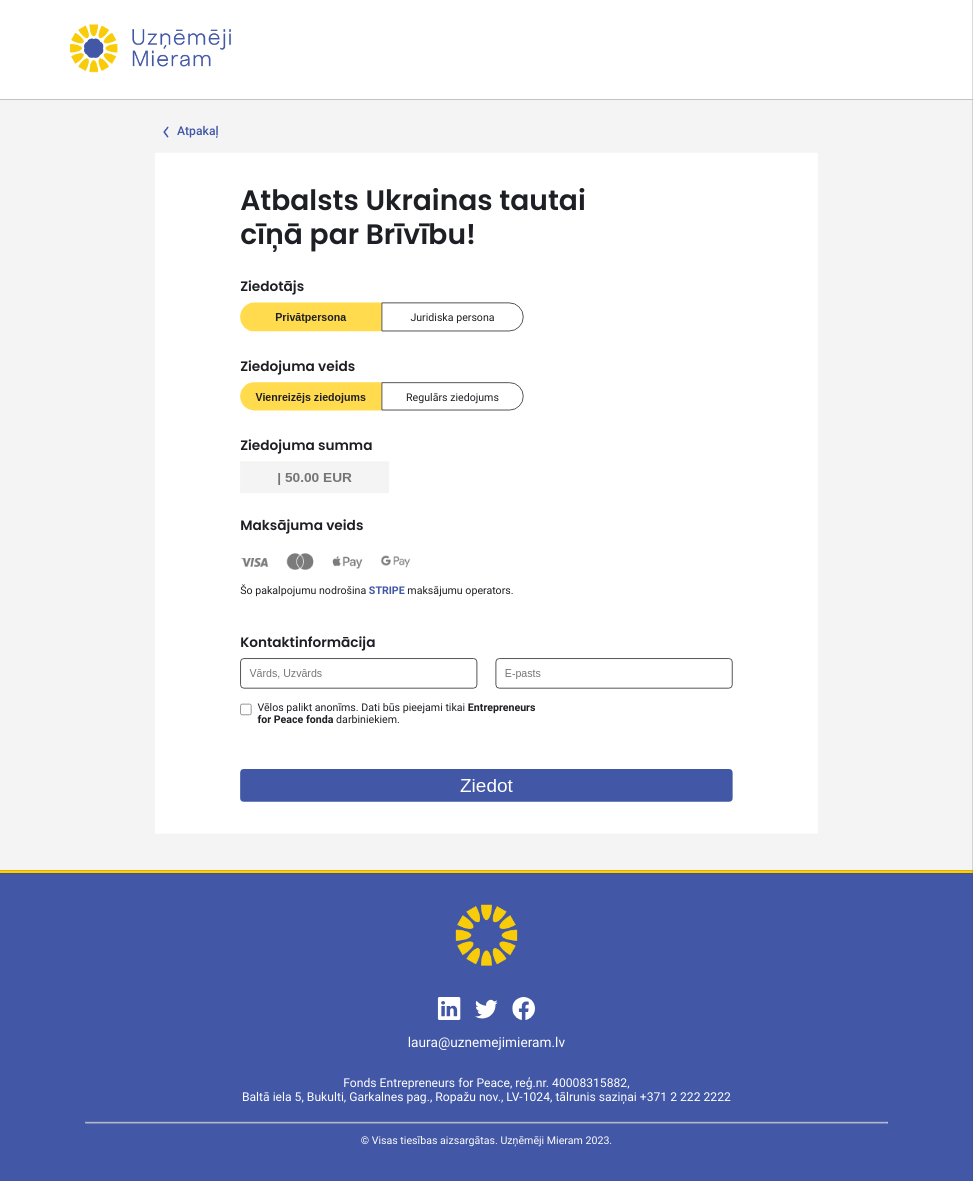
Repository: KatrinaPa/projekts_jul
Page: donate_Ukr-private-onetime.html
An editor plug-in stored every save of this project. The page is shown before and after the next save, followed by the edit.
The browser window is 1280 px wide. The pictures show the whole page, at 76% of full size.

Above is the page before, as saved 2023-07-31 11:29:05.
Console error: TypeError: Cannot read properties of null (reading 'addEventListener')

### donate_Ukr-private-onetime.html
<!DOCTYPE html>
<html lang="en">

<head>
    <meta charset="UTF-8">
    <meta http-equiv="X-UA-Compatible" content="IE=edge">
    <meta name="viewport" content="width=device-width, initial-scale=1.0">
    <title>Ukrainas tautai</title>
    <link href="https://fonts.googleapis.com/css2?family=Jost:wght@400;700&display=swap" rel="stylesheet" />
    <link rel="stylesheet" href="assets/main.css" />
    <link rel="stylesheet" href="assets/donate-page.css" />
    <link rel="stylesheet" href="assets/donate-page-private-onetime.css" />
    <link rel="stylesheet" href="https://cdnjs.cloudflare.com/ajax/libs/font-awesome/6.2.0/css/all.min.css" />
    <script src="assets/main.js" defer></script>
</head>

<body>
    <div class="panel">
        <header class="header">
            <div class="header-content">
                <nav class="navbar">
                    <a href="sakums.html" id="project-nav-home"><img src="assets/images/UM_logo.png"
                            alt="uznemejiMieram" id="logo"></a>
                    <a href="sakums.html" id="project-nav-home-mob"><img src="assets/images/UM_simbols.png"
                            alt="uznemejiMieram" id="logo-mob"></a>
                </nav>
            </div>
        </header>
        <section id="donate_wrapper" class="donate_section">
            <div class="section-content">
                <div class="donate-centred">
                    <div class="back-toProject"><a href="sakums.html">
                            <button class="back-btn">
                                <img src="assets/images/arrow_left.png" alt="left" id="arrow-left">
                            </button>
                            <div>
                                <div>Atpakaļ</div>
                            </div>
                        </a></div>
                    <div class="donate_page">
                        <h1>Atbalsts Ukrainas tautai<br>cīņā par Brīvību!</h1>
                        <div class="donation_type">
                            <h4>Ziedotājs</h4>
                            <div>
                                <button class="individual" id="individual-donate">Privātpersona</button>
                                <a href="donate_Ukr-legal-onetime.html" class="legal" id="legal-donate">Juridiska
                                    persona</a>
                            </div>
                            <h4>Ziedojuma veids</h4>
                            <div>
                                <button class="one-time" id="one-time-donate">Vienreizējs ziedojums</button>
                                <a href="donate_Ukr-private-regular.html" class="regular" id="regular-donate">Regulārs
                                    ziedojums</a>
                            </div>
                            <h4>Ziedojuma summa</h4>
                            <div>
                                <input class="enter-donation" type="text" placeholder="| 50.00 EUR" />
                            </div>
                            <h4>Maksājuma veids</h4>
                            <div class="payment_logo">
                                <img src="assets/images/Visa_logo.png" alt="Visa" id="visa_logo">
                                <img src="assets/images/MasterCard_logo.png" alt="MasterCard" id="master-card_logo">
                                <img src="assets/images/applepay_logo.png" alt="Apple Pay" id="apple-pay_logo">
                                <img src="assets/images/googlepay_logo.png" alt="Google Pay" id="google-pay_logo">
                            </div>
                            <p>Šo pakalpojumu nodrošina <span>STRIPE</span> maksājumu operators.</p>
                        </div>
                        <div class="contact-details">
                            <h4>Kontaktinformācija</h4>
                            <form action="#" class="placehold_button">
                                <div class="inputs-details">
                                    <input type="text" placeholder="Vārds, Uzvārds" />
                                    <input type="email" placeholder="E-pasts" />
                                </div>
                                <div class="checkbox_display">
                                    <div>
                                        <input type="checkbox" name="no-display" id="display-no" />
                                        <label for="display-no">Vēlos palikt anonīms. Dati būs pieejami tikai
                                            <b>Entrepreneurs for Peace fonda</b> darbiniekiem.</label>
                                    </div>
                                </div>
                                <button type="submit" class="buttonContinue">Ziedot</button>
                            </form>
                        </div>
                    </div>
                </div>
            </div>
        </section>
        <div class="yellow-bottom"></div>
        </main>
        <footer>
            <div class="about">
                <img src="assets/images/UM_simbols.png" alt="uznemejiMieram">
                <div class="social">
                    <svg xmlns="http://www.w3.org/2000/svg" width="30" height="30" fill="#ffffff" class="bi bi-linkedin"
                        viewBox="0 0 16 16">
                        <path
                            d="M0 1.146C0 .513.526 0 1.175 0h13.65C15.474 0 16 .513 16 1.146v13.708c0 .633-.526 1.146-1.175 1.146H1.175C.526 16 0 15.487 0 14.854V1.146zm4.943 12.248V6.169H2.542v7.225h2.401zm-1.2-8.212c.837 0 1.358-.554 1.358-1.248-.015-.709-.52-1.248-1.342-1.248-.822 0-1.359.54-1.359 1.248 0 .694.521 1.248 1.327 1.248h.016zm4.908 8.212V9.359c0-.216.016-.432.08-.586.173-.431.568-.878 1.232-.878.869 0 1.216.662 1.216 1.634v3.865h2.401V9.25c0-2.22-1.184-3.252-2.764-3.252-1.274 0-1.845.7-2.165 1.193v.025h-.016a5.54 5.54 0 0 1 .016-.025V6.169h-2.4c.03.678 0 7.225 0 7.225h2.4z" />
                    </svg>
                    <svg xmlns="http://www.w3.org/2000/svg" width="30" height="30" fill="#ffffff" class="bi bi-twitter"
                        viewBox="0 0 16 16">
                        <path
                            d="M5.026 15c6.038 0 9.341-5.003 9.341-9.334 0-.14 0-.282-.006-.422A6.685 6.685 0 0 0 16 3.542a6.658 6.658 0 0 1-1.889.518 3.301 3.301 0 0 0 1.447-1.817 6.533 6.533 0 0 1-2.087.793A3.286 3.286 0 0 0 7.875 6.03a9.325 9.325 0 0 1-6.767-3.429 3.289 3.289 0 0 0 1.018 4.382A3.323 3.323 0 0 1 .64 6.575v.045a3.288 3.288 0 0 0 2.632 3.218 3.203 3.203 0 0 1-.865.115 3.23 3.23 0 0 1-.614-.057 3.283 3.283 0 0 0 3.067 2.277A6.588 6.588 0 0 1 .78 13.58a6.32 6.32 0 0 1-.78-.045A9.344 9.344 0 0 0 5.026 15z" />
                    </svg>
                    <svg xmlns="http://www.w3.org/2000/svg" width="30" height="30" fill="#ffffff" class="bi bi-facebook"
                        viewBox="0 0 16 16">
                        <path
                            d="M16 8.049c0-4.446-3.582-8.05-8-8.05C3.58 0-.002 3.603-.002 8.05c0 4.017 2.926 7.347 6.75 7.951v-5.625h-2.03V8.05H6.75V6.275c0-2.017 1.195-3.131 3.022-3.131.876 0 1.791.157 1.791.157v1.98h-1.009c-.993 0-1.303.621-1.303 1.258v1.51h2.218l-.354 2.326H9.25V16c3.824-.604 6.75-3.934 6.75-7.951z" />
                    </svg>
                </div>
                <div class="contacts">
                    <p>laura@uznemejimieram.lv</p>
                    <p>Fonds Entrepreneurs for Peace, reģ.nr. 40008315882, <br> Baltā iela 5, Bukulti, Garkalnes pag.,
                        Ropažu
                        nov., LV-1024, tālrunis saziņai +371 2 222 2222</p>
                </div>
            </div>
            <div class="copy">
                <hr>
                <p>© Visas tiesības aizsargātas. Uzņēmēji Mieram 2023.</p>
            </div>
        </footer>
    </div>

</body>

</html>

### assets/donate-page.css
#donate_wrapper {
    background-color: #f4f4f4;
}

.donate_section {
    font-family: 'Roboto';
    padding: 0 3rem 0 3rem;
}

.donate-centred {
    display: flex;
    align-items: center;
    flex-direction: column;
}

.back-toProject {
    width: 54.5rem;
    padding: 2rem 0 1rem 0;
}

.back-toProject a {
    text-decoration: none;
    color: #4257A6;
    font-size: 16px;
    font-weight: 500;
    margin-block-start: 0;
    display: flex;
}

.back-btn {
    border: 0;
    background: transparent;
    cursor: pointer;
}

.back-btn img {
    width: 45%;
    padding-top: 0.1rem;
}

.donate_page {
    width: 54.5rem;
    background-color: #ffffff;
    color: #1E1F24;
    margin-bottom: 3rem;
}

h1 {
    color: #1E1F24;
    font-weight: 600;
    font-size: 37px;
    line-height: 45px;
    padding: 2.5rem 7rem 0 7rem;
}

.donation_type {
    padding: 0 7rem 0 7rem;
}

h4 {
    font-size: 18px;
    font-weight: 600;
    margin: 2rem 0 0.5rem 0;
    font-family: 'Poppins';
}

.donation_type div {
    display: flex;
    flex-direction: row;
    justify-content: flex-start;
    height: 2.36rem;
}

.info-regular {
    margin-bottom: 3rem;
    gap: 0.6rem;
}

.info-regular img {
    width: 18px;
    height: 18px;
    margin-block-start: 1.2rem;
}

.donation_type p {
    font-size: 14px;
    font-weight: 400;
    margin-block-start: 0.7rem;
    width: 75%;
}

.donation_type span {
    color: #4257A6;
    font-weight: 600;
}

.checkbox_display div {
    display: flex;
    flex-direction: row;
    align-items: flex-start;
    gap: 0.5rem;
    width: 60%;
}

#display-no {
    width: 1.4rem;
    height: 1.4rem;
    margin: 0;
}

.checkbox_display label {
    font-size: 14px;
    font-weight: 400;
}

.one-time,
.individual {
    color: #1E1F24;
    font-size: 14px;
    width: 11.6rem;
    height: auto;
    display: flex;
    justify-content: center;
    align-items: center;
    text-decoration: none;
    border: none;
    border-radius: 20px 0 0 20px;
    font-weight: 400;
    cursor: pointer;
}

.legal,
.regular {
    color: #1E1F24;
    font-size: 14px;
    width: 11.6rem;
    height: auto;
    display: flex;
    justify-content: center;
    align-items: center;
    text-decoration: none;
    border-radius: 0 20px 20px 0;
    border: none;
    font-weight: 400;
    margin-block-end: 0;
    cursor: pointer;
}

.legal:hover,
.regular:hover,
.one-time:hover,
.individual:hover {
    background-color: #ffcc00;
    font-weight: 700;
}

.enter-donation {
    background-color: #f4f4f4;
    color: #615c5c;
    font-size: 18px;
    height: 2.5rem;
    width: 12rem;
    text-align: center;
    border: none;
    font-weight: 700;
    margin-block-start: 0;
}

.payment_logo {
    align-items: center;
    gap: 1.5rem;
    margin-top: 1rem;
}

#visa_logo,
#google-pay_logo,
#apple-pay_logo,
#master-card_logo {
    cursor: pointer;
}

.contact-details {
    display: flex;
    flex-direction: column;
    padding: 0 7rem 0 7rem;
}

.inputs-details {
    display: flex;
    gap: 1.5rem;
    margin-bottom: 1rem;
}

.contact-details input {
    border-radius: 5px;
    padding: 0.7rem 0.7rem;
    width: 100%;
    border: solid 1px #1E1F24;
    font-size: 14px;
}

.buttonContinue {
    margin: 3.6rem 0 2.6rem 0;
    width: 100%;
    background-color: #4257A6;
    color: #ffffff;
    font-size: 25px;
    font-weight: 500;
    height: 2.69rem;
    text-decoration: none;
    border-radius: 5px;
    border: none;
    cursor: pointer;
}

.yellow-bottom {
    height: 0.25rem;
    background-color: #ffcc00;
}

@media (min-width: 1280px) {

    .section-content {
        margin: 0 auto;
        padding: 0;
    }
}

@media screen and (max-width: 1279px) {

    .donate_section {
        padding: 0 5rem 0 5rem;
    }

    .back-toProject {
        width: 100%;
    }

    .donate_page {
        width: 100%;
    }

    h1 {
        padding: 2.5rem 6rem 0 6rem;
    }

    .donation_type {
        padding: 0 6rem 0 6rem;
    }

    .donation_type p {
        width: 100%;
    }

    .info-regular {
        margin-bottom: 5rem;
    }

    .contact-details {
        padding: 0 6rem 0 6rem;
    }

    .contact-details input {
        margin-top: 1rem;
        width: auto;
    }

    .inputs-details {
        gap: 0.5rem;
        flex-direction: column;
    }

    .checkbox_display div {
        width: 100%;
    }
}

@media screen and (max-width: 700px) {

    .donate_section {
        padding: 0;
    }

    .back-toProject {
        width: 90%;
    }

    h1 {
        padding: 1.5rem 1.5rem 0 1.5rem;
        width: 90%;
        font-size: 26px;
        line-height: 40px;
    }

    h4 {
        font-size: 14px;
    }

    .donation_type {
        padding: 1.5rem 1.5rem 0 1.5rem;
    }

    .contact-details {
        padding: 0 1.5rem 0 1.5rem;
    }

    .one-time,
    .individual,
    .legal,
    .regular {
        font-size: 12px;
        width: 100%;
    }

    .inputs-details {
        margin-bottom: 2rem;
        flex-direction: column;
    }

    .checkbox_display label {
        font-size: 12px;
    }

    .enter-donation {
        width: 100%;
    }
}

### assets/donate-page-private-onetime.css
#one-time-donate {
    background-color: #FFDB4D;
    font-weight: 600;
    cursor: auto;
}

#regular-donate {
    background-color: #ffffff;
    border: 1px solid #1E1F24;
}

#regular-donate:hover {
    background-color: #ffcc00;
    border: none;
}

#individual-donate {
    background-color: #FFDB4D;
    font-weight: 600;
    cursor: auto;
}

#legal-donate {
    background-color: #ffffff;
    border: 1px solid #1E1F24;
}

#legal-donate:hover {
    background-color: #ffcc00;
    border: none;
}

Loaded but not shown: assets/main.js (97 lines, source omitted); assets/main.css (1433 lines, source omitted)

After the next save:
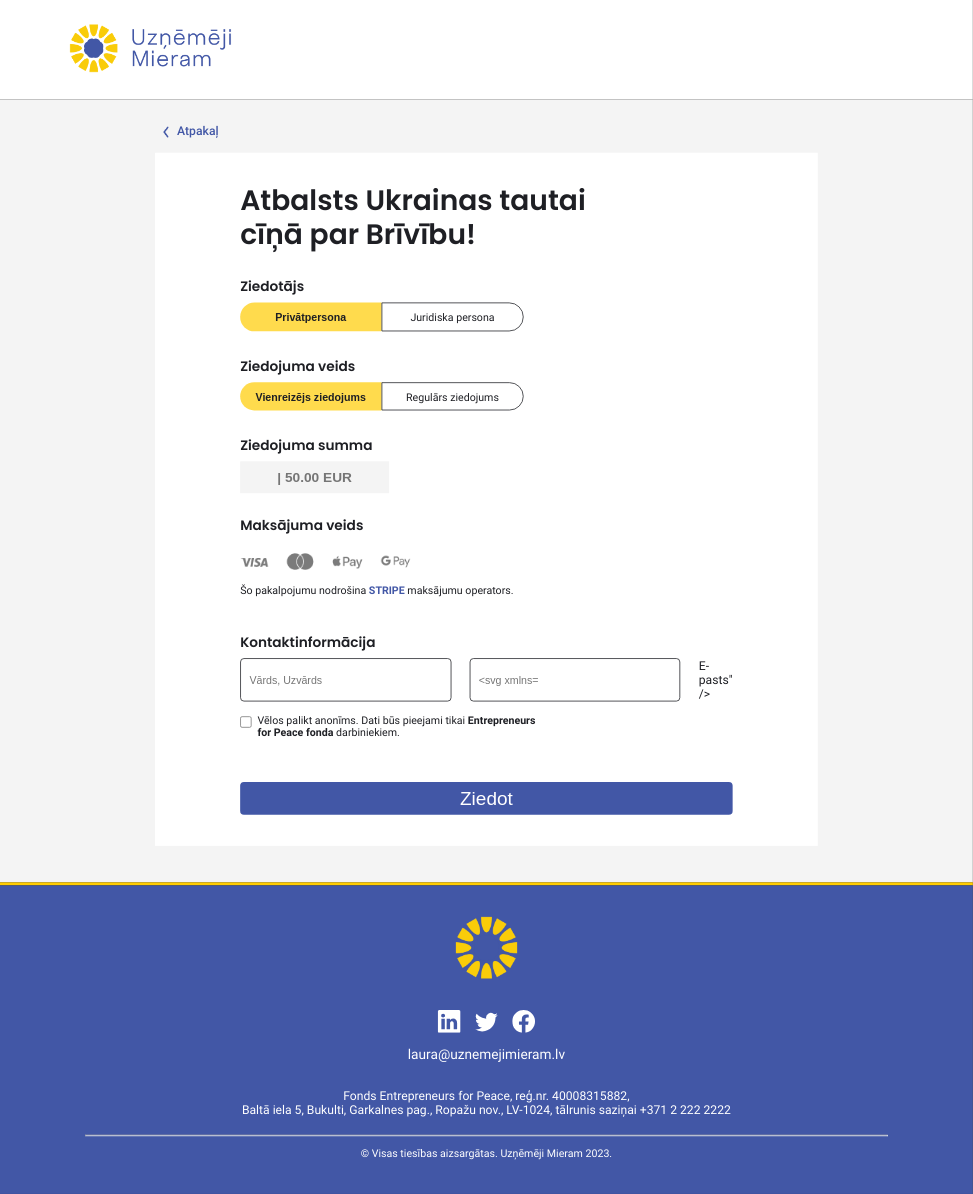
Saved 22 min 52 s later.
--- a/donate_Ukr-private-onetime.html
+++ b/donate_Ukr-private-onetime.html
@@ -70,7 +70,12 @@
                             <form action="#" class="placehold_button">
                                 <div class="inputs-details">
                                     <input type="text" placeholder="Vārds, Uzvārds" />
-                                    <input type="email" placeholder="E-pasts" />
+                                    <input type="email" placeholder="<svg xmlns=" http://www.w3.org/2000/svg"
+                                        height="1em"
+                                        viewBox="0 0 512 512"><!--! Font Awesome Free 6.4.0 by @fontawesome - https://fontawesome.com License - https://fontawesome.com/license (Commercial License) Copyright 2023 Fonticons, Inc. -->
+                                    <path
+                                        d="M64 112c-8.8 0-16 7.2-16 16v22.1L220.5 291.7c20.7 17 50.4 17 71.1 0L464 150.1V128c0-8.8-7.2-16-16-16H64zM48 212.2V384c0 8.8 7.2 16 16 16H448c8.8 0 16-7.2 16-16V212.2L322 328.8c-38.4 31.5-93.7 31.5-132 0L48 212.2zM0 128C0 92.7 28.7 64 64 64H448c35.3 0 64 28.7 64 64V384c0 35.3-28.7 64-64 64H64c-35.3 0-64-28.7-64-64V128z" />
+                                    </svg> E-pasts" />
                                 </div>
                                 <div class="checkbox_display">
                                     <div>
